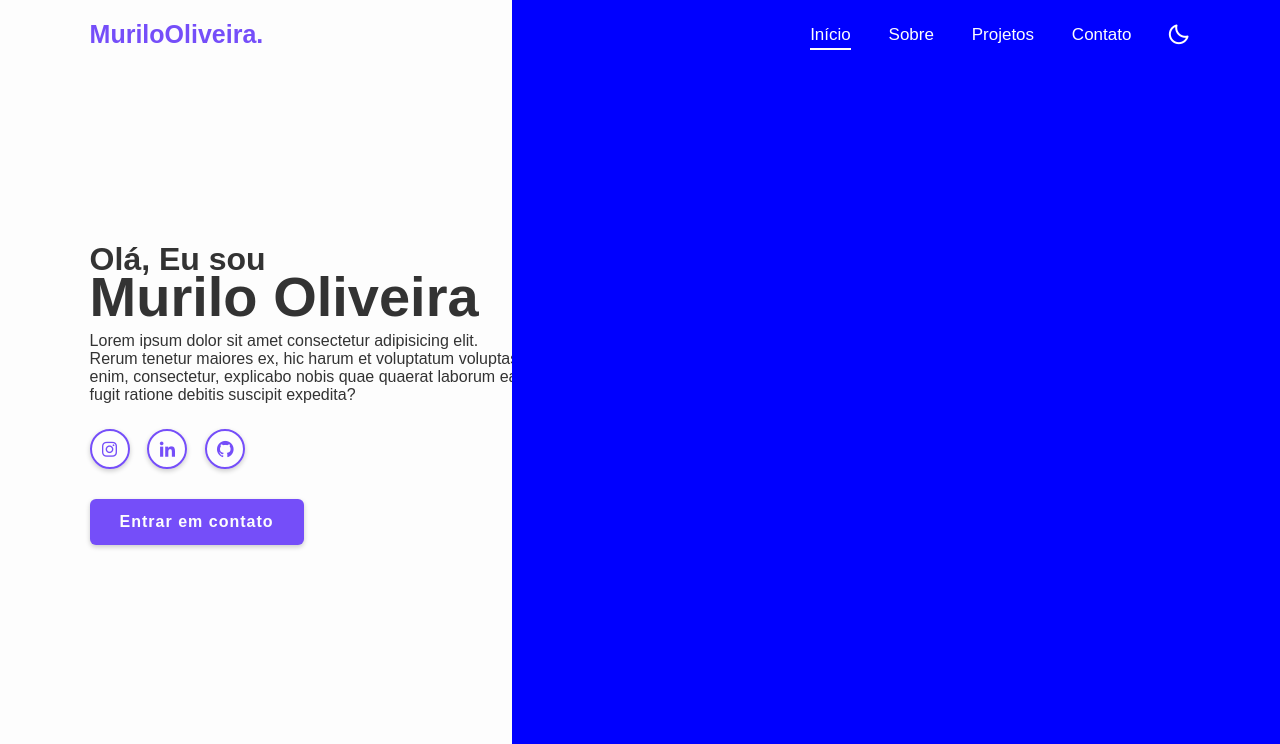
Repository: devMuriloOliveira/Portfolio-
Page: index.html
An editor plug-in stored every save of this project. The page is shown before and after the next save, followed by the edit.
The browser window is 1280 px wide. The pictures show the whole page.
Some web fonts or font styles are not loaded; a fallback is used.

Above is the page before, as saved 2023-03-11 15:22:42.

After the next save:
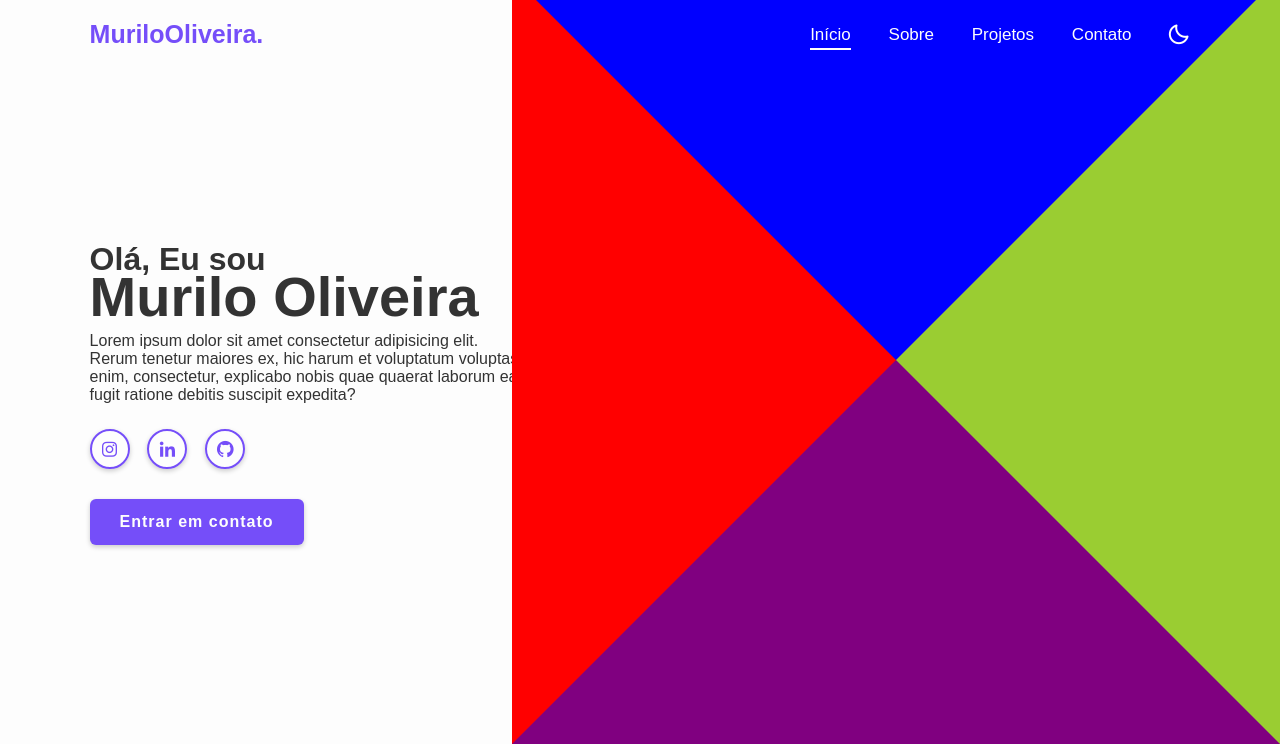
Saved 15 s later.
--- a/style.css
+++ b/style.css
@@ -213,8 +213,8 @@ section{
   width: 0;
   height: 0;
   border-top: 384px solid blue;
-  border-right: 384px solid blue;
-  border-bottom: 384px solid blue;
-  border-left: 384px solid blue;
-
-}
+  border-right: 384px solid yellowgreen;
+  border-bottom: 384px solid purple;
+  border-left: 384px solid red;
+
+}
